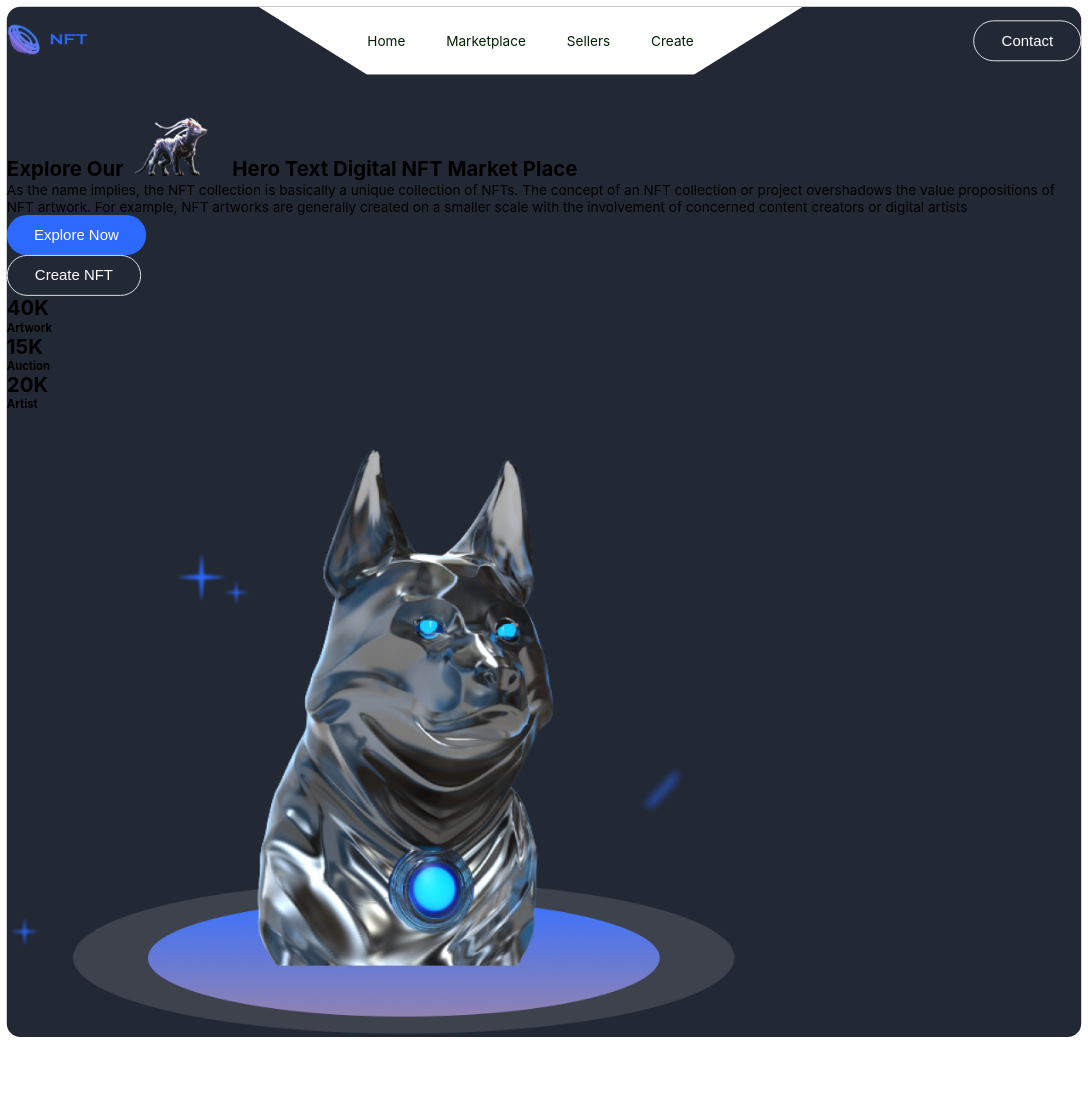
Repository: Ellisvelandia/NFT
Page: /
The author's editor kept a copy of each file at every save. The page is drawn from the files as they stood at one save, then again after the next save.
The browser window is 1280 px wide. The pictures show the whole page, at 85% of full size.
The project was rebuilt for these pictures with package versions that can differ from the ones it lists, and the page was loaded fresh each time.

Above is the page before, as saved 2022-08-21 15:17:51.

After the next save:
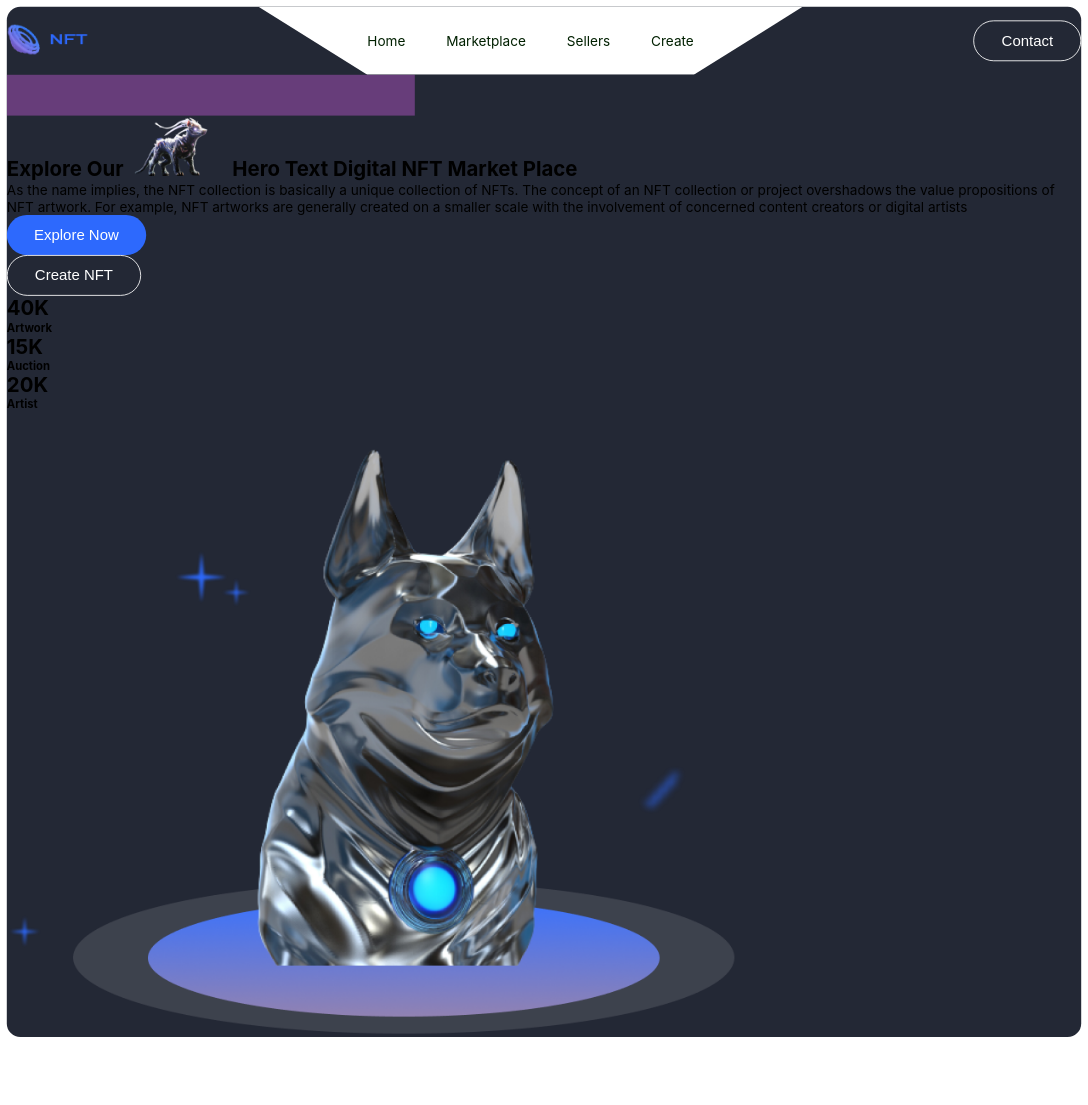
Saved 4 s later.
--- a/src/components/Home.jsx
+++ b/src/components/Home.jsx
@@ -63,6 +63,6 @@
   .ellipse {
     height:3rem;
     width:30rem;
-    background-color:##ae54c27d;
+    background-color:#ae54c27d;
   }
   `;
